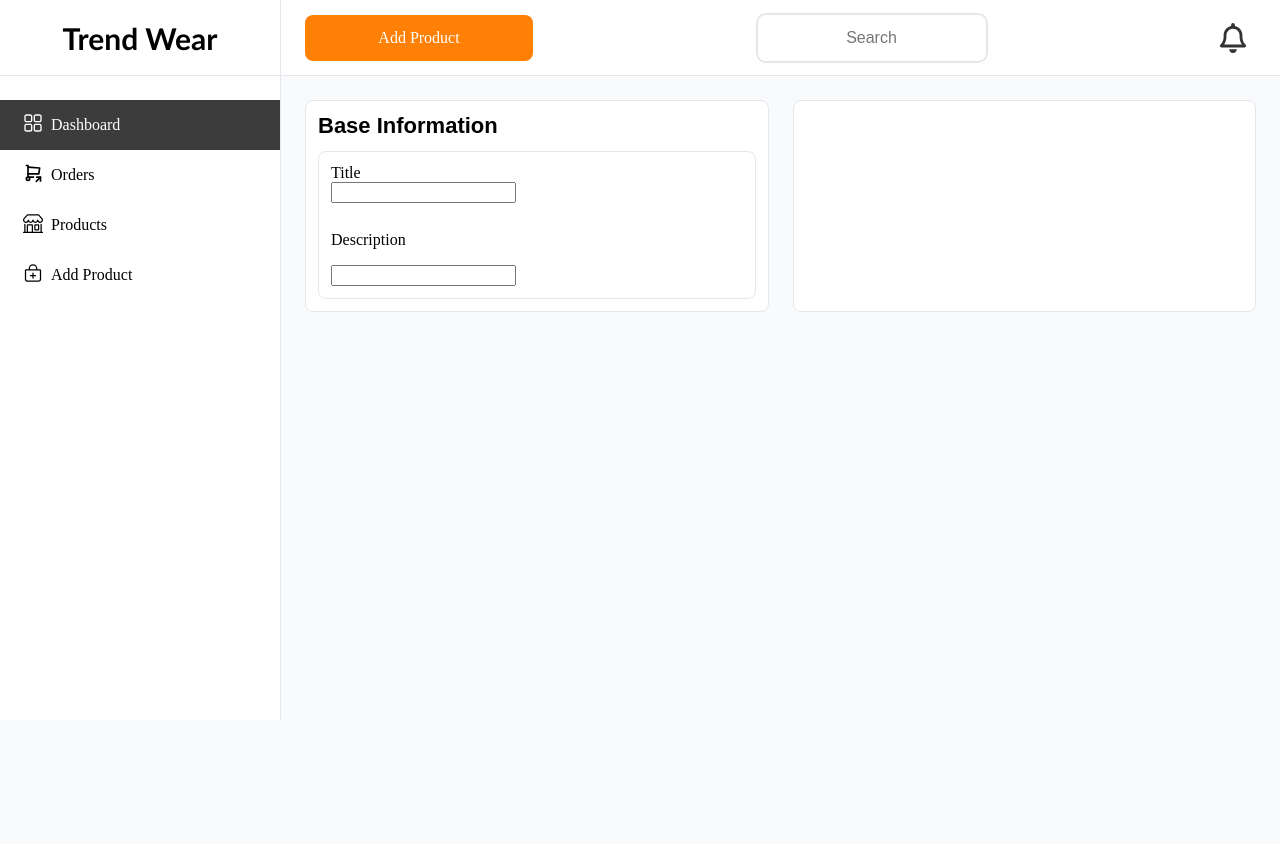
Repository: ahmad-dev7/TrendWear
Page: / (app in trend_wear_dashboard/)
The author's editor kept a copy of each file at every save. The page is drawn from the files as they stood at one save, then again after the next save.
The browser window is 1280 px wide. The pictures show the whole page.
The project was rebuilt for these pictures with package versions that can differ from the ones it lists, and the page was loaded fresh each time. Also part of the build but not shown: trend_wear_dashboard/vite.config.ts.

Above is the page before, as saved 2025-01-20 02:23:28.

After the next save:
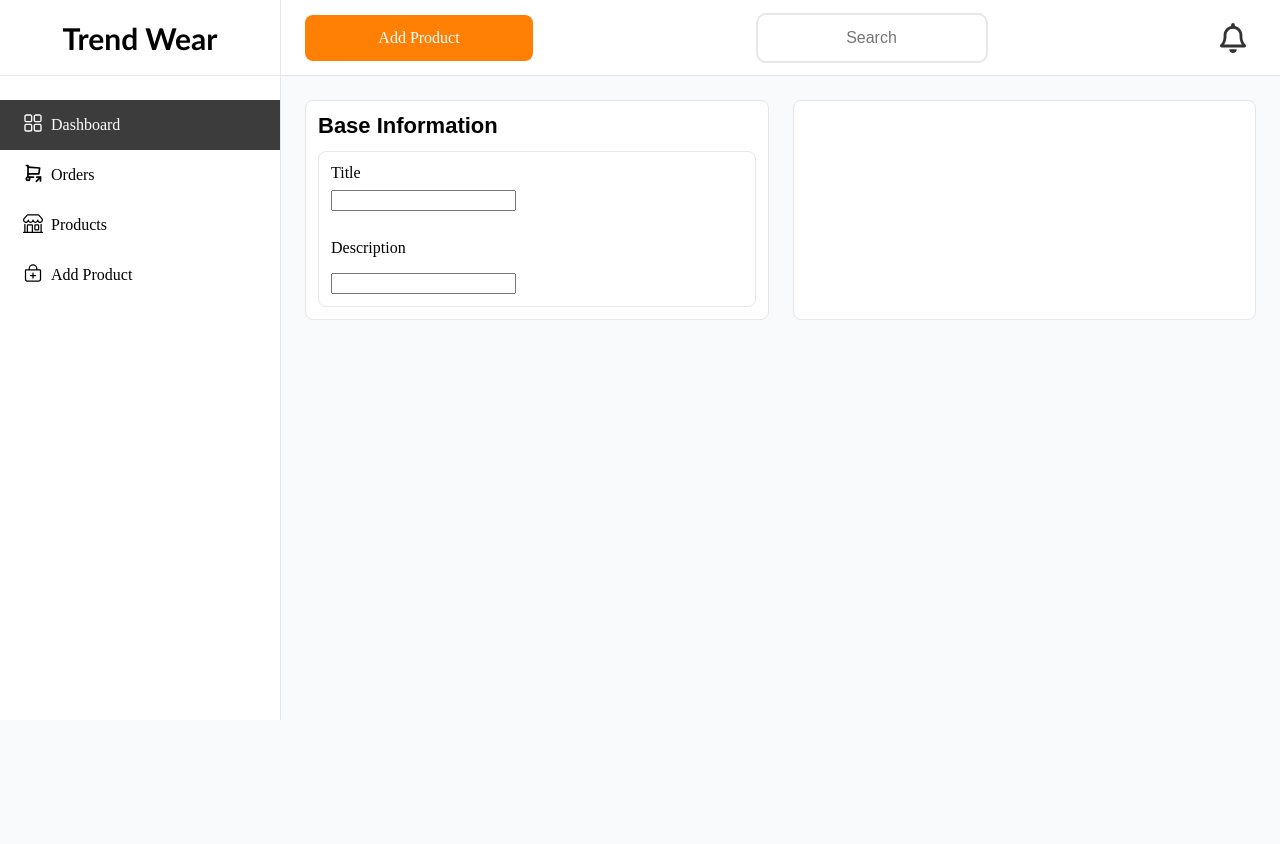
Saved 75 s later.
--- a/trend_wear_dashboard/src/Components/AddProduct/ProductDetails.css
+++ b/trend_wear_dashboard/src/Components/AddProduct/ProductDetails.css
@@ -21,5 +21,5 @@
 
 
 .title {
-    margin: 0px;
+    margin: 0px 0px 8px 0px;
 }
